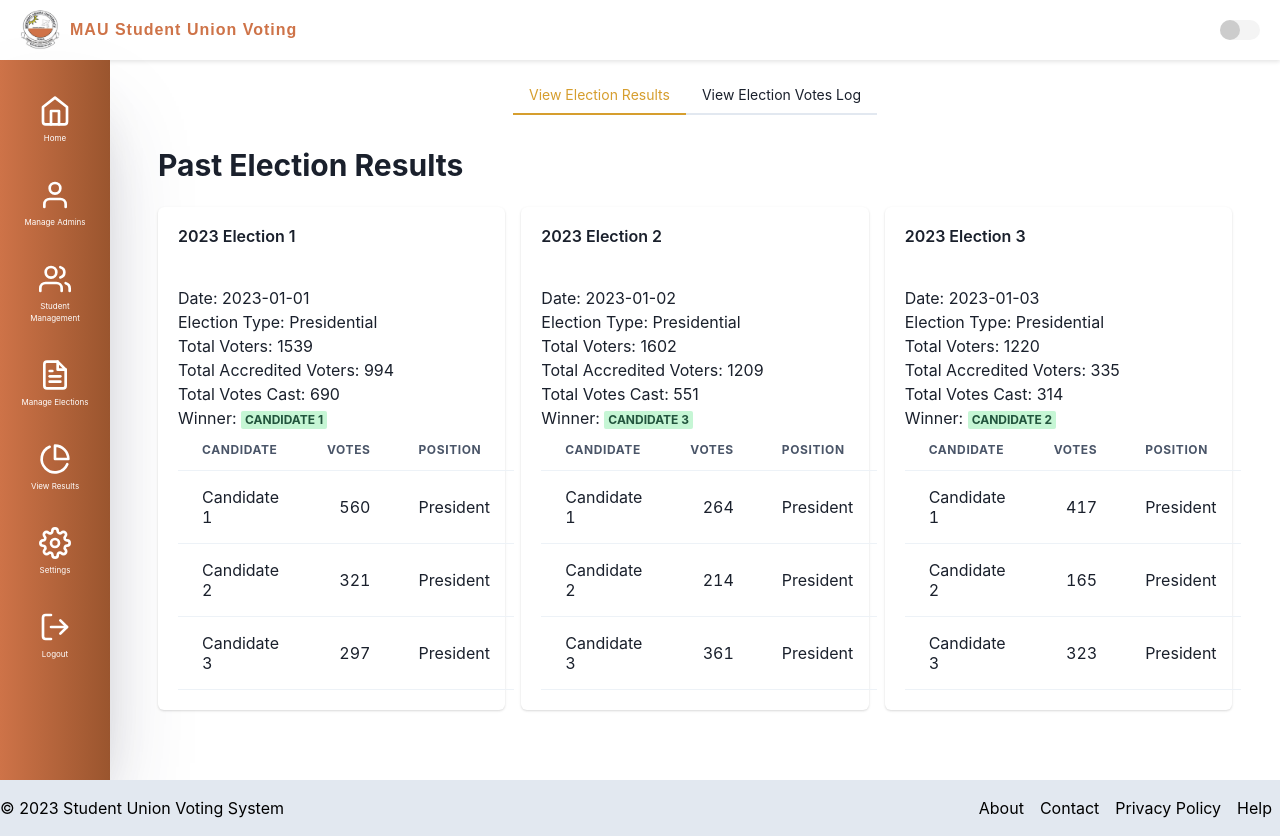
Repository: joena1o/e-vote
Page: /admin-dashboard/view-results
The author's editor kept a copy of each file at every save. The page is drawn from the files as they stood at one save, then again after the next save.
The browser window is 1280 px wide. The pictures show the whole page.
The project was rebuilt for these pictures with package versions that can differ from the ones it lists, and the page was loaded fresh each time. Also part of the build but not shown: src/components/EnhancedLogin.js, src/components/maincontent/RegisterStudents/ManageStudents.js, src/components/maincontent/RegisterStudents/RegisterStudents.js, src/components/maincontent/RegisterStudents/StudentManagement.js, src/components/maincontent/ElectionResults/report.js, src/components/maincontent/Settings/Settings.js, src/api/index.js, src/components/maincontent/home/Home.styles.js and 21 more.

Above is the page before, as saved 2023-11-24 22:54:35.

After the next save:
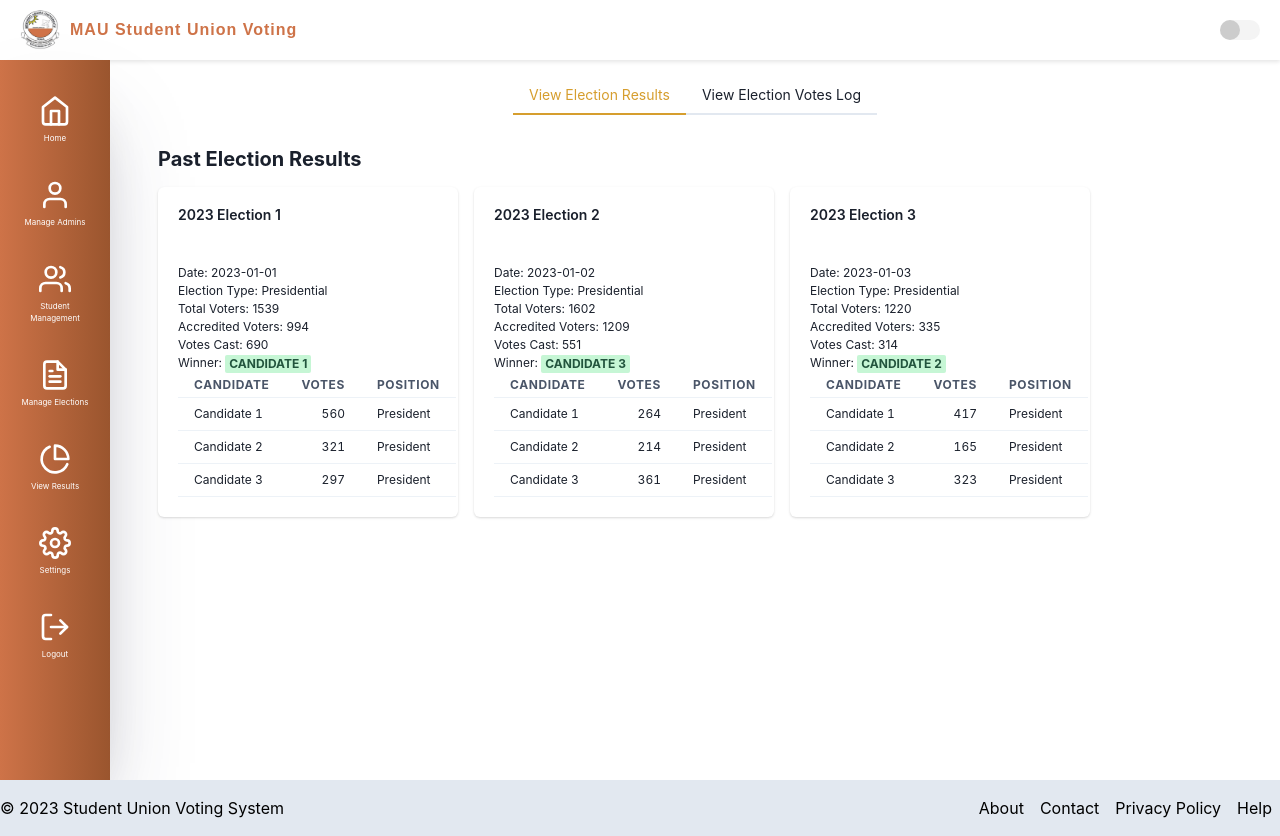
Saved 6 min 12 s later.
--- a/src/components/maincontent/ElectionResults/ViewResults.js
+++ b/src/components/maincontent/ElectionResults/ViewResults.js
@@ -22,7 +22,6 @@ import {
 const ViewResults = () => {
   const colorModeValue = useColorModeValue('gray.200', 'gray.600');
 
-  // Function to generate mock data
   const generateMockData = () => {
     const mockData = [];
 
@@ -59,28 +58,28 @@ const ViewResults = () => {
 
   return (
     <Box p={4}>
-      <Heading size="lg" mb={6}>
+      <Heading size="md" mb={4}>
         Past Election Results
       </Heading>
       <Wrap spacing={4}>
         {pastElectionResults.map((election) => (
-          <WrapItem key={election.id} flex="1" minW="250px">
+          <WrapItem key={election.id} flex="1" minW="200px" maxW="300px">
             <Card>
               <CardHeader>
-                <Heading fontSize="md" fontWeight="semibold">
+                <Heading fontSize="sm" fontWeight="semibold">
                   {election.electionName}
                 </Heading>
               </CardHeader>
               <CardBody>
-                <Text>Date: {election.date}</Text>
-                <Text>Election Type: {election.electionType}</Text>
-                <Text>Total Voters: {election.totalVoters}</Text>
-                <Text>Total Accredited Voters: {election.totalAccreditedVoters}</Text>
-                <Text>Total Votes Cast: {election.totalVotesCast}</Text>
-                <Text>
+                <Text fontSize="xs">Date: {election.date}</Text>
+                <Text fontSize="xs">Election Type: {election.electionType}</Text>
+                <Text fontSize="xs">Total Voters: {election.totalVoters}</Text>
+                <Text fontSize="xs">Accredited Voters: {election.totalAccreditedVoters}</Text>
+                <Text fontSize="xs">Votes Cast: {election.totalVotesCast}</Text>
+                <Text fontSize="xs">
                   Winner: <Badge colorScheme="green">{election.winner}</Badge>
                 </Text>
-                <Table variant="simple">
+                <Table size="sm" variant="simple">
                   <Thead>
                     <Tr>
                       <Th>Candidate</Th>
@@ -91,9 +90,11 @@ const ViewResults = () => {
                   <Tbody>
                     {election.candidates.map((candidate) => (
                       <Tr key={candidate.name}>
-                        <Td>{candidate.name}</Td>
-                        <Td isNumeric>{candidate.votes}</Td>
-                        <Td>{candidate.position}</Td>
+                        <Td fontSize="xs">{candidate.name}</Td>
+                        <Td isNumeric fontSize="xs">
+                          {candidate.votes}
+                        </Td>
+                        <Td fontSize="xs">{candidate.position}</Td>
                       </Tr>
                     ))}
                   </Tbody>
